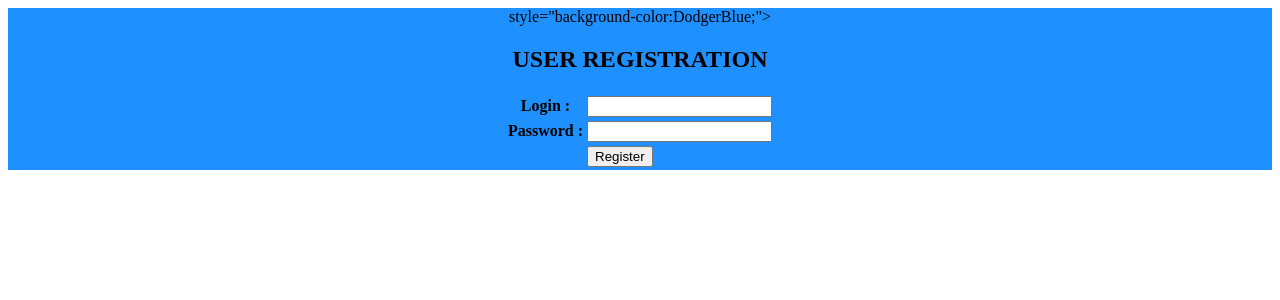
Repository: sachinmandloi1921/AdvanceJava
Page: http://localhost/Advance_Maven/loginview.jsp
The author's editor kept a copy of each file at every save. The page is drawn from the files as they stood at one save, then again after the next save.
The browser window is 1280 px wide. The pictures show the whole page.
The page is served by Tomcat 9.

Above is the page before, as saved 2022-07-12 05:29:36.

After the next save:
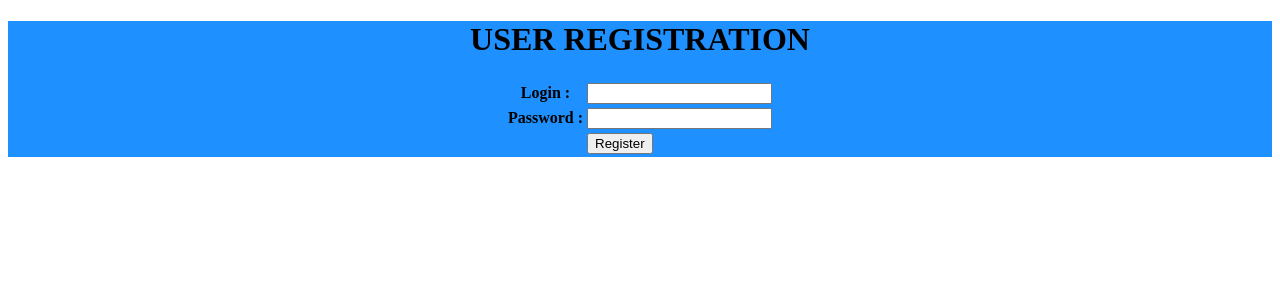
Saved 32 s later.
--- a/Advance Workspace/Advance_Maven/src/main/webapp/loginview.jsp
+++ b/Advance Workspace/Advance_Maven/src/main/webapp/loginview.jsp
@@ -10,8 +10,8 @@
 <form action="reg" method="post">
 
 		<div align="center" style="background-color:DodgerBlue;">
-		style="background-color:DodgerBlue;">
-			<h2>USER REGISTRATION</h2>
+
+			<h1>USER REGISTRATION</h1>
 			<table>
 			<tr>
 					<th>Login :</th>
